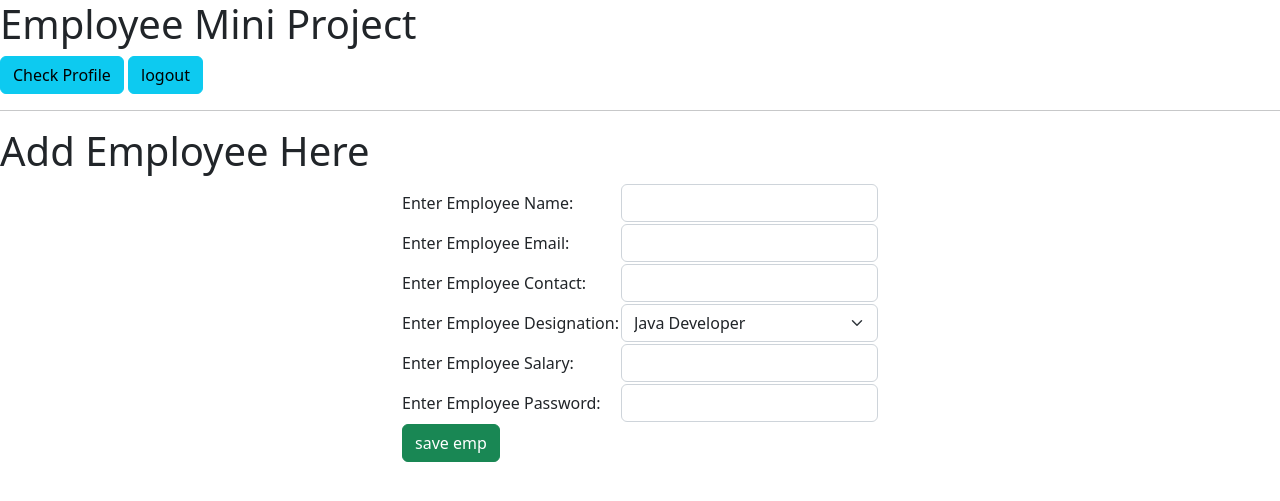
Repository: mca45034/MiniProjectp3
Page: http://localhost/miniproject/addEmployee.jsp
An editor plug-in stored every save of this project. The page is shown before and after the next save, followed by the edit.
The browser window is 1280 px wide. The pictures show the whole page.
The page is served by Tomcat 9. Other server files are loaded and not shown.

Above is the page before, as saved 2024-03-02 12:27:51.

### project/miniproject/src/main/webapp/addEmployee.jsp
<%@ page language="java" contentType="text/html; charset=ISO-8859-1"
    pageEncoding="ISO-8859-1"%>
<!DOCTYPE html>
<html>
<head>
<meta charset="ISO-8859-1">
<title>Add Employee</title>

</head>
<body>
<%-- <jsp:include page="/jsp/header.jsp"></jsp:include> --%>
<%@ include file="header.jsp" %>
<h1>Add Employee Here</h1>
<form action="employeec" method="post">
<center>
<input type="hidden" name="action" value="addemp">
	<table>
		<tr>
			<td>Enter Employee Name:</td>
			<td><input type="text" name="empname" class="form-control"></td>
		</tr>
		<tr>
			<td>Enter Employee Email:</td>
			<td><input type="text" name="empemail" class="form-control"></td>
		</tr>
		<tr>
			<td>Enter Employee Contact:</td>
			<td><input type="text" name="empcontact" class="form-control"></td>
		</tr>
		<tr>
			<td>Enter Employee Designation:</td>
			<td>
				<select name="empdesignation"  class="form-select" >
					<option>Java Developer</option>
					<option>Python Developer</option>
					<option>Manual Tester</option>
					<option>Automation Tester</option>
					<option>Data Analytics</option>
				</select>
			</td>
		</tr>
		<tr>
			<td>Enter Employee Salary:</td>
			<td><input type="text" name="empsal" class="form-control"></td>
		</tr>
		<tr>
			<td>Enter Employee Password:</td>
			<td><input type="password" name="emppass" class="form-control"></td>
		</tr>
		<tr>
			<td><button class="btn btn-success">save emp</button></td>
		</tr>
	</table>
</form>
<%
String msg=(String)request.getAttribute("msg");
if(msg!=null){

%>
<p style="color:red"><%=msg %></p>
<%} %>
</center>
</body>
</html>

### project/miniproject/src/main/webapp/header.jsp
<%@ page language="java" contentType="text/html; charset=ISO-8859-1"
	pageEncoding="ISO-8859-1"%>
<!DOCTYPE html>
<html>
<head>
<meta charset="ISO-8859-1">
<title>Insert title here</title>
<link rel="stylesheet"
	href="https://cdn.jsdelivr.net/npm/bootstrap@5.2.3/dist/css/bootstrap.min.css">

</head>
<body>
	<h1>Employee Mini Project</h1>
	<%
		String user = (String) session.getAttribute("usertype");

		if (user != null) {
	%>
	<h3>
		Hii,
		<%=user%></h3>
	<%
		}
	%>

	<%
		if (user != null && user.equalsIgnoreCase("admin")) {
	%>
	<a href="addEmployee.jsp" class="btn btn-info">Add Employee</a>
	<a href="employeec" class="btn btn-info">show Employee list</a>

	<%
		}

		else if (user != null || user != "admin") {
	%>
	<a href="/MiniAppProject/employeec?action=editbyemail&email=<%=user%>"
		class="btn btn-info">Check Profile</a>
	<%
		}
	%>
	<a href="loginc" class="btn btn-info">logout</a>
	<h1><hr></h1>
</body>
</html>

After the next save:
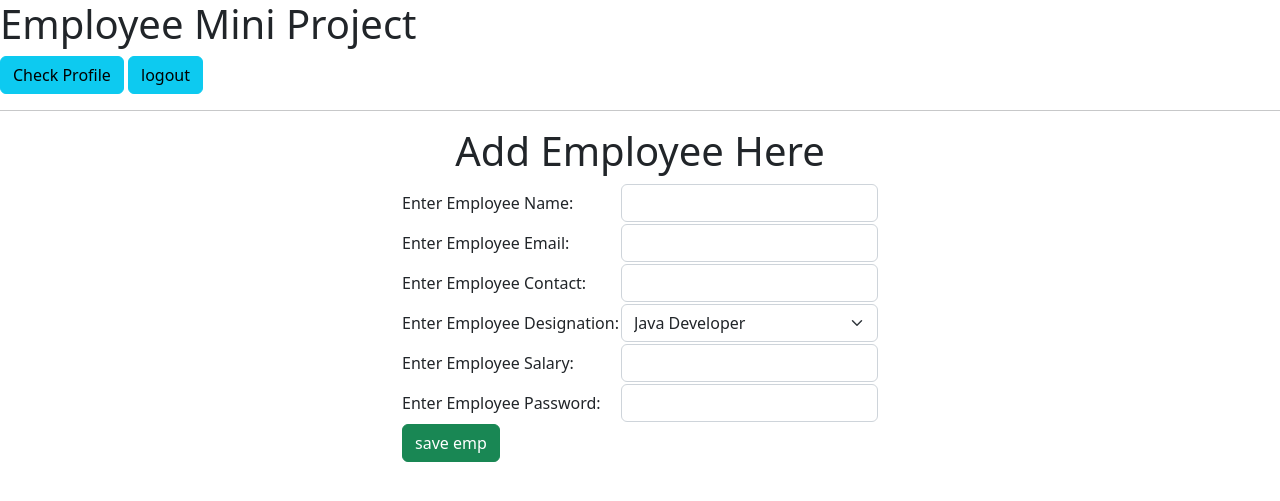
Saved 23 s later.
--- a/project/miniproject/src/main/webapp/addEmployee.jsp
+++ b/project/miniproject/src/main/webapp/addEmployee.jsp
@@ -10,9 +10,10 @@
 <body>
 <%-- <jsp:include page="/jsp/header.jsp"></jsp:include> --%>
 <%@ include file="header.jsp" %>
-<h1>Add Employee Here</h1>
+
 <form action="employeec" method="post">
 <center>
+<h1>Add Employee Here</h1>
 <input type="hidden" name="action" value="addemp">
 	<table>
 		<tr>
